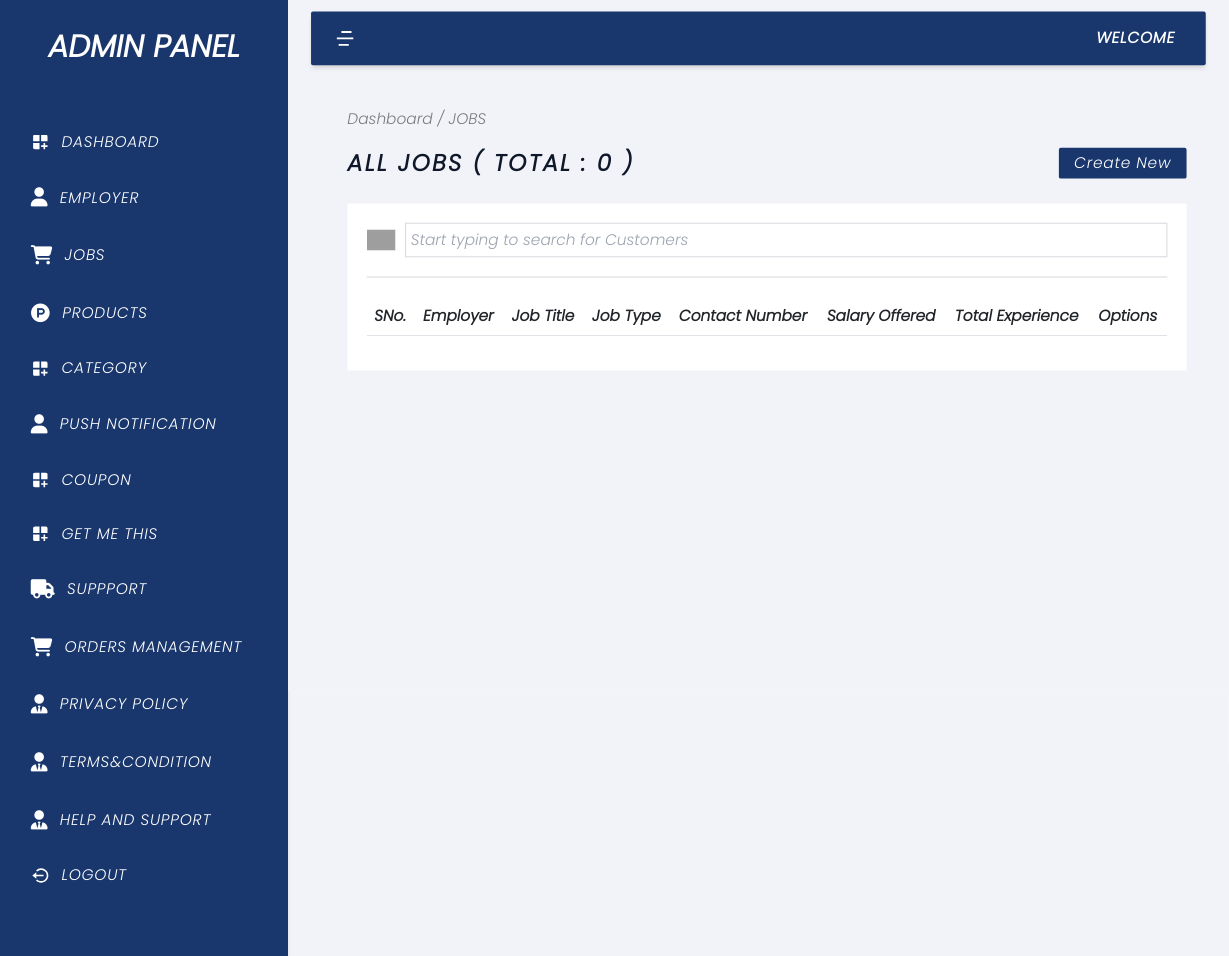
Repository: FlyweisReact/Grish-Job-Panel
Page: /Customer
An editor plug-in stored every save of this project. The page is shown before and after the next save, followed by the edit.
The browser window is 1280 px wide. The pictures show the whole page, at 96% of full size.
Pictures or frames that could not be fetched are drawn as grey boxes. The page's requests for data from a server got no answer. Some web libraries are served in a nearby version. The project was rebuilt for these pictures with package versions that can differ from the ones it lists, and the page was loaded fresh each time. No one was signed in, and anything a server would have sent is missing. Also part of the build but not shown: src/E-CommerceAdmin/forms/Login.jsx, src/E-CommerceAdmin/pages/Dashboard.jsx, src/E-CommerceAdmin/pages/ECategory.js, src/E-CommerceAdmin/pages/EProduct.js, src/E-CommerceAdmin/pages/EVendorList.js, src/E-CommerceAdmin/pages/EAdminOrders.js, src/E-CommerceAdmin/pages/EAdminProduct.js, src/E-CommerceAdmin/pages/EAdminDelivery.js and 11 more. Imported but missing from the stored project, and not drawn on this page: src/E-CommerceAdmin/pages/Component/SpinnerComp.

Above is the page before, as saved 2023-06-15 17:05:41.

After the next save:
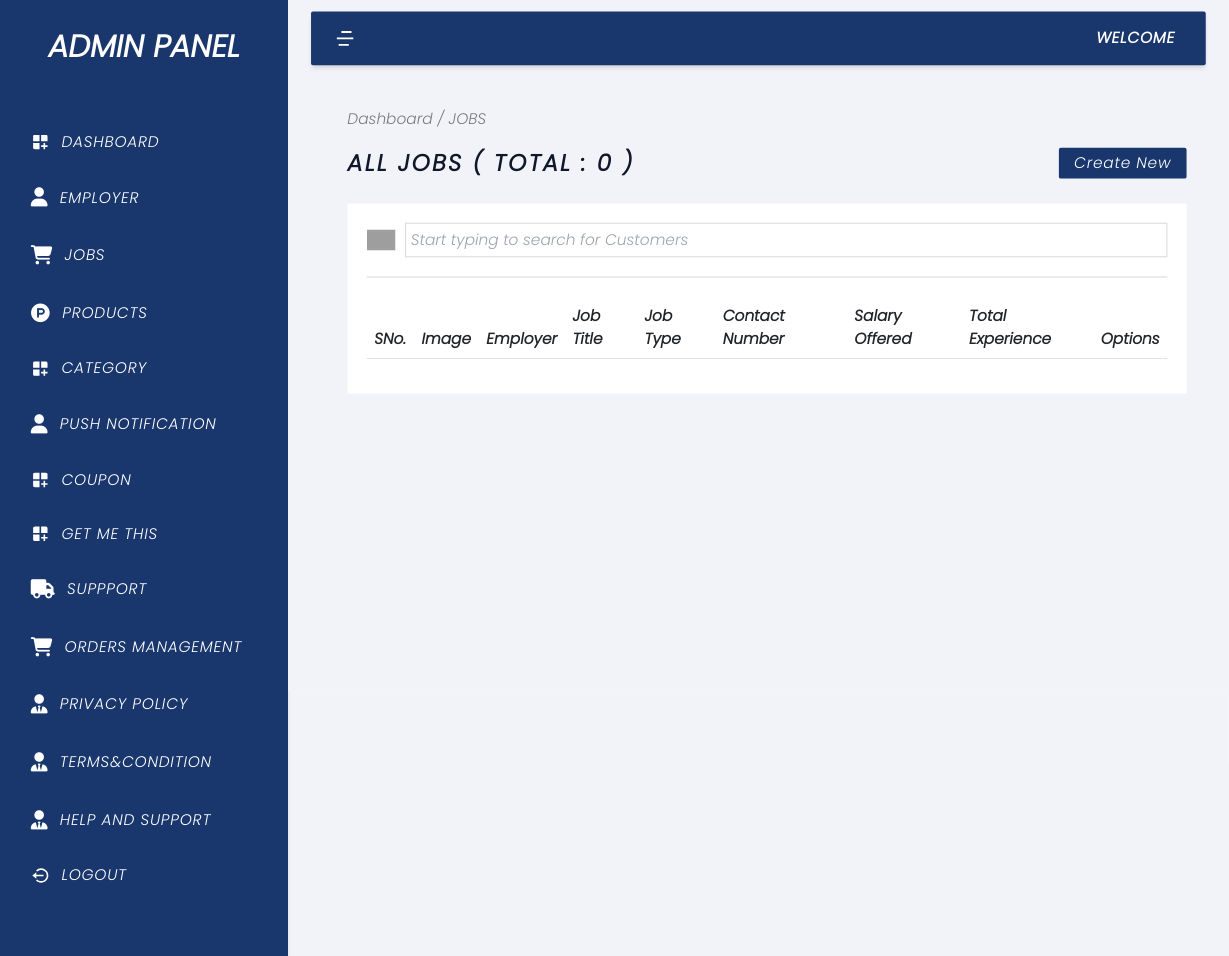
Saved 5 s later.
--- a/src/E-CommerceAdmin/pages/EAdminCustomer.js
+++ b/src/E-CommerceAdmin/pages/EAdminCustomer.js
@@ -335,6 +335,7 @@ const EAdminCustomer = () => {
               <thead>
                 <tr>
                   <th>SNo.</th>
+                  <th>Image</th>
                   <th>Employer</th>
                   <th>Job Title</th>
                   <th>Job Type</th>
